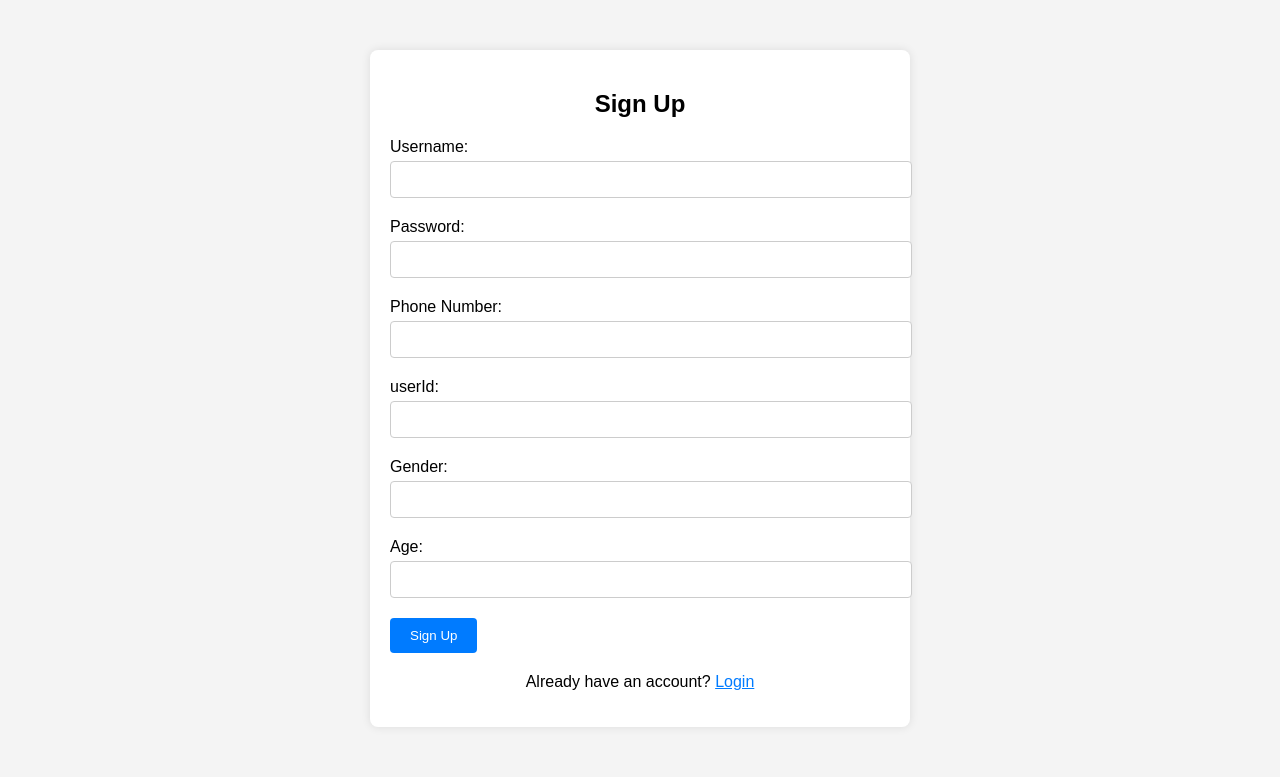
Repository: suryavishakan/parking_management
Page: http://localhost/signup
The author's editor kept a copy of each file at every save. The page is drawn from the files as they stood at one save, then again after the next save.
The browser window is 1280 px wide. The pictures show the whole page.
The page is served by the project's application, run on Flask 3 (app.py).

Above is the page before, as saved 2024-04-20 13:33:23.

### templates/signup.html
<!-- signup.html -->

<!DOCTYPE html>
<html lang="en">
<head>
    <meta charset="UTF-8">
    <meta name="viewport" content="width=device-width, initial-scale=1.0">
    <title>Sign Up</title>
    <style>
        body {
            font-family: Arial, sans-serif;
            margin: 0;
            padding: 0;
            background-color: #f4f4f4;
        }
        .container {
            width: 100%;
            max-width: 500px;
            margin: 50px auto;
            padding: 20px;
            background-color: #fff;
            border-radius: 8px;
            box-shadow: 0 0 10px rgba(0, 0, 0, 0.1);
        }
        h2 {
            text-align: center;
            margin-bottom: 20px;
        }
        form {
            margin-bottom: 20px;
        }
        label {
            display: block;
            margin-bottom: 5px;
        }
        input[type="text"],
        input[type="password"],
        input[type="phoneNumber"] {
            width: 100%;
            padding: 10px;
            margin-bottom: 20px;
            border: 1px solid #ccc;
            border-radius: 4px;
        }
        button[type="submit"] {
            background-color: #007bff;
            color: #fff;
            border: none;
            padding: 10px 20px;
            border-radius: 4px;
            cursor: pointer;
        }
        button[type="submit"]:hover {
            background-color: #0056b3;
        }
        p {
            text-align: center;
        }
        a {
            color: #007bff;
        }
    </style>
</head>
<body>
    <div class="container">
        <h2>Sign Up</h2>
        {% with messages = get_flashed_messages() %}
            {% if messages %}
                <ul>
                    {% for message in messages %}
                        <li>{{ message }}</li>
                    {% endfor %}
                </ul>
            {% endif %}
        {% endwith %}
        <form action="{{ url_for('signup') }}" method="POST">
            <label for="username">Username:</label>
            <input type="text" id="username" name="username" required>
            <label for="password">Password:</label>
            <input type="password" id="password" name="password" required>
            <label for="phoneNumber">Phone Number:</label>
            <input type="phoneNumber" id="phoneNumber" name="phoneNumber" required>

            <label for="userId">userId:</label>
            <input type="text" id="userId" name="userId" required>
            <label for="gender">Gender:</label>
            <input type="text" id="gender" name="gender" required>
            <label for="age">Age:</label>
            <input type="phoneNumber" id="phoneNumber" name="phoneNumber" required>
            <button type="submit">Sign Up</button>
        </form>
        <p>Already have an account? <a href="{{ url_for('login') }}">Login</a></p>
    </div>
</body>
</html>

### app.py
from flask import Flask, Response, request, render_template, jsonify, redirect, url_for, request, flash, session
import pymongo
import secrets
import json
from bson.objectid import ObjectId
from bson.json_util import dumps
from functools import wraps

app=Flask(__name__ , template_folder='templates')
app.secret_key = secrets.token_hex(32)

try:
    mongo = pymongo.MongoClient(
        host = 'localhost',
        port = 27017,
        serverSelectionTimeoutMS = 1000
    )
    db = mongo.ParkingManagementSystemDb #connect to mongodb1
    users_collection = db.admin
    user_collection = db["customer"]
    #cart_collection = db["cart"]
    mongo.server_info() #trigger exception if cannot connect to db
except:
    print("Error connecting to MongoDB")

@app.route('/get/admin', methods=['GET'])
def displayall():
  try:
    documents = db.admin.find()
    output = [{item: data[item] for item in data if item != '_id'} for data in documents]
    return jsonify(output)
  except Exception as ex:
    response = Response("Search Records Error!!",status=500,mimetype='application/json')
    return response

# Route for signup page
@app.route('/signup', methods=['GET', 'POST'])
def signup():
    if request.method == 'POST':
        # Get form data
        username = request.form['username']
        password = request.form['password']

        # Check if username already exists
        if user_collection.find_one({'username': username}):
            flash('Username already exists. Please choose a different one.', 'error')
            return redirect(url_for('signup'))

        # Insert user data into database
        user_data = {'username': username, 'password': password}
        user_collection.insert_one(user_data)

        flash('Signup successful. You can now login.', 'success')
        return redirect(url_for('login'))

    return render_template('signup.html')

# Route to get an employee by name
@app.route('/get/user/<user_name>', methods=['GET'])
def get_user_by_name(user_name):
    try:
        # Using a case-insensitive query to match employee name
        document = db.user.find_one({"user_name": {"$regex": f'^{user_name}$', "$options": 'i'}})

        if document:
            # Exclude _id field from the response
            output = {item: document[item] for item in document if item != '_id'}
            return jsonify(output)
        else:
            return Response("USER not found", status=404, mimetype='application/json')

    except Exception as ex:
        app.logger.error(f"Error retrieving user by name: {ex}")
        return Response("Internal Server Error", status=500, mimetype='application/json')

# Route to get all employees
@app.route('/get/allusers', methods=['GET'])
def get_all_users():
    try:
        # Fetch all documents from the 'employee' collection
        documents = db.user.find()

        # Format the response excluding the _id field
        output = [{item: data[item] for item in data if item != '_id'} for data in documents]

        return jsonify(output)

    except Exception as ex:
        app.logger.error(f"Error retrieving all employees: {ex}")
        return Response("Internal Server Error", status=500, mimetype='application/json')

# Route to update employee details by name
@app.route('/update/user/<user_name>', methods=['PUT'])
def update_user_by_name(user_name):
    try:
        # Using a case-insensitive query to match employee name
        result = db.user.update_one(
            {"employee_name": {"$regex": f'^{user_name}$', "$options": 'i'}},
            {"$set": request.get_json()}
        )

        if result.modified_count > 0:
            return Response("User details updated successfully", status=200, mimetype='application/json')
        else:
            return Response("User not found", status=404, mimetype='application/json')

    except Exception as ex:
        app.logger.error(f"Error updating User details by name: {ex}")
        return Response("Internal Server Error", status=500, mimetype='application/json')

@app.route('/')
def homePage():
    try:
        # Fetch all products from the database
        products_cursor = db.product.find()

        # Convert the cursor to a list of dictionaries
        products = list(products_cursor)

        return render_template('homePage.html', products=products)
    except Exception as ex:
        app.logger.error(f"Error fetching products: {ex}")
        flash('Error fetching products', 'error')
        return render_template('homePage.html', products=[])

# Flask route to render the profile page
@app.route('/profile')
def profile():
    try:
        # Assuming you have a collection named 'users' in your MongoDB
        # Fetch user details from the 'users' collection
        user = db.user.find_one({'username': session['username']})

        if user:
            # Render the profile template with the user details
            return render_template('profile.html', user=user)
        else:
            flash('User details not found', 'error')
            return redirect(url_for('login'))
    except Exception as ex:
        app.logger.error(f"Error fetching user details: {ex}")
        flash('Error fetching user details', 'error')
        return redirect(url_for('login'))

@app.route('/select_user_type', methods=['POST'])
def select_user_type():
    user_type = request.form.get('userType')

    if user_type == 'admin':
        return redirect(url_for('login'))
    elif user_type == 'user':
        return redirect(url_for('login'))
    else:
        flash('Invalid user type selected', 'error')
        return redirect(url_for('index'))

# Update the Flask route for handling login
@app.route('/login', methods=['GET', 'POST'])
def login():
    if request.method == 'POST':
        username = request.form.get('username')
        password = request.form.get('password')

        # Query MongoDB for admin details
        admin_user = users_collection.find_one({'username': username, 'password': password})

        if admin_user:
            # Store admin credentials in the session
            session['username'] = username
            session['password'] = password

            return redirect(url_for('admin_panel'))
        else:
            # Query MongoDB for user details
            user_user = db.user.find_one({'username': username, 'password': password})

            if user_user:
                # Store user credentials in the session
                session['username'] = username
                session['password'] = password

                return redirect(url_for('user_details'))
            else:
                flash('Invalid username or password', 'error')

    return render_template('login.html')


# New route for employee details
@app.route('/user_details')
def user_details():
    # Check if user is authenticated as an employee
    try:
    # if 'username' in session and 'password' in session == 'employee':
        # Fetch employee details based on the stored credentials
        user = db.user.find_one({'username': session['username'], 'password': session['password']})

        if user:
            return render_template('user_details.html', user=user)
        else:
            flash('Unauthorized access', 'error')
            return redirect(url_for('login'))

    except Exception as ex:
        app.logger.error(f"Error fetching user data: {ex}")
        flash(f'Error fetching user data: {ex}', 'error')

    return render_template('user_details.html', user={})

# Route to render the update employee page
@app.route('/update_user/<user_name>', methods=['GET', 'POST'])
def update_user_page(user_name):
    try:
        # Fetch the employee details from the database using the employee name
        user = db.user.find_one({"user_name": {"$regex": f'^{user_name}$', "$options": 'i'}})

        if user:
            # Render the update employee page with the employee details
            return render_template('update_user.html', user=user)
        else:
            return Response("User not found", status=404, mimetype='application/json')

    except Exception as ex:
        app.logger.error(f"Error rendering update_user page: {ex}")
        return Response("Internal Server Error", status=500, mimetype='application/json')

# Route to handle the form submission for updating employee details
@app.route('/submit_update_user/<user_name>', methods=['POST'])
def submit_update_user(user_name):
    try:
        # Use the employee name parameter to identify the employee being updated
        user_name = user_name

        # Update the employee details in the database using request.form.to_dict()
        updated_user_data = request.form.to_dict()

        # Assuming you have a 'employee' collection in your MongoDB
        result = db.user.update_one(
            {"user_name": {"$regex": f'^{user_name}$', "$options": 'i'}},
            {"$set": request.form.to_dict()}
        )

        if result.modified_count > 0:
            flash('user details updated successfully', 'success')
        else:
            flash('user not found', 'error')

    except Exception as ex:
        app.logger.error(f"Error updating user details: {ex}")
        flash('Error updating user details', 'error')

    # Redirect to the admin page after the update
    return redirect(url_for('admin'))

# Route for admin panel
@app.route('/admin', methods=['GET', 'POST'])
def admin_panel():
    if 'username' in session and 'password' in session:
        # Check if the user is an admin
        admin_user = users_collection.find_one({'username': session['username'], 'password': session['password']})
        if admin_user:
            # Render the admin panel page
            return render_template('admin.html')

    # If user is not authenticated or not an admin, redirect to login page
    flash('Unauthorized access', 'error')
    return redirect(url_for('login'))


if __name__ == '__main__':
    app.run(port=5000, debug=True)

After the next save:
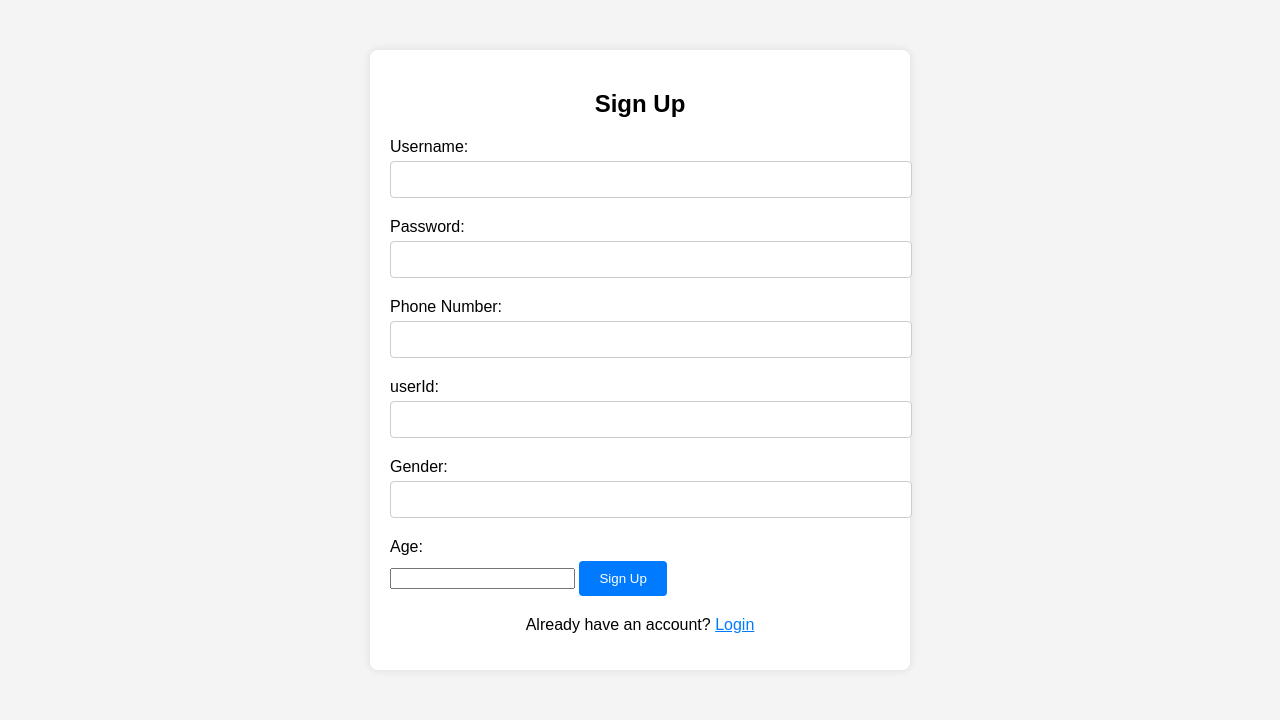
Saved 6 s later.
--- a/templates/signup.html
+++ b/templates/signup.html
@@ -86,7 +86,7 @@
             <label for="gender">Gender:</label>
             <input type="text" id="gender" name="gender" required>
             <label for="age">Age:</label>
-            <input type="phoneNumber" id="phoneNumber" name="phoneNumber" required>
+            <input type="age" id="phoneNumber" name="phoneNumber" required>
             <button type="submit">Sign Up</button>
         </form>
         <p>Already have an account? <a href="{{ url_for('login') }}">Login</a></p>

After the 5 saves that followed:
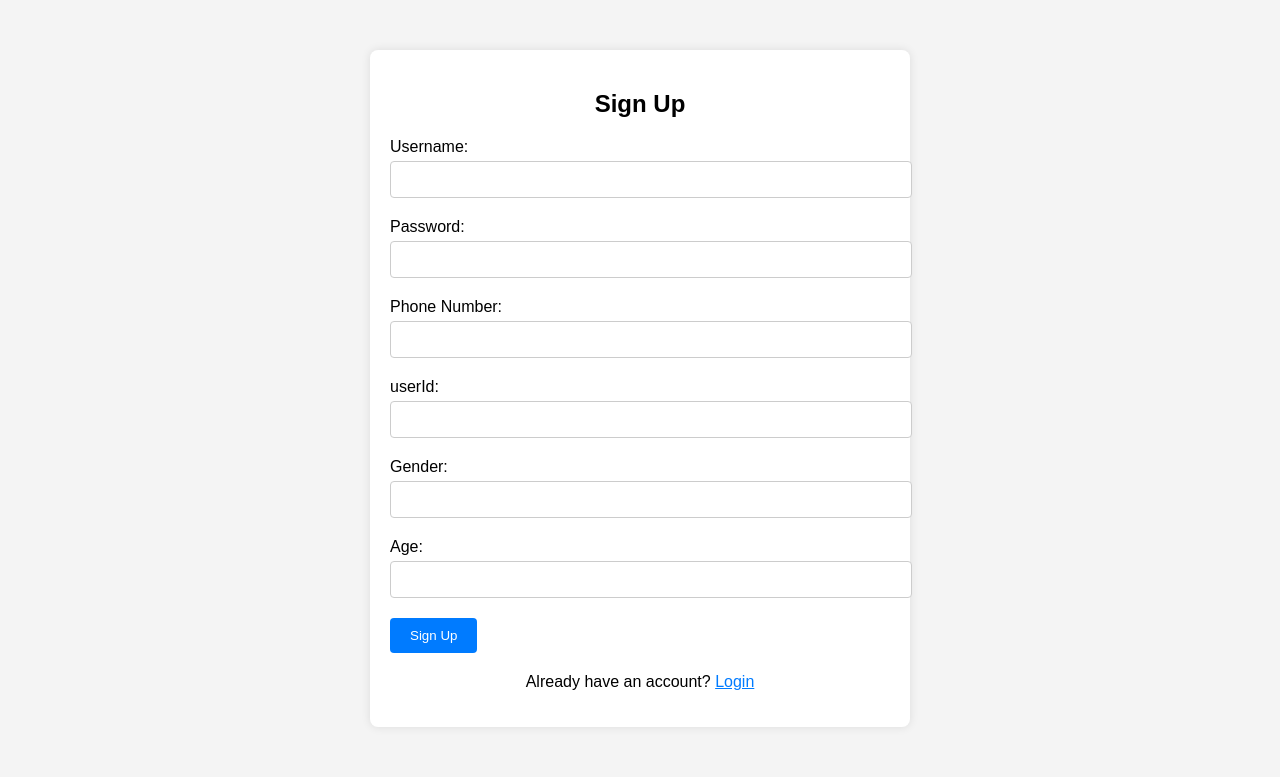
The 5 saves are shown as one change because 4 left the picture as it was.
The last was saved 2 min 55 s later.
--- a/templates/signup.html
+++ b/templates/signup.html
@@ -80,13 +80,12 @@
             <input type="password" id="password" name="password" required>
             <label for="phoneNumber">Phone Number:</label>
             <input type="phoneNumber" id="phoneNumber" name="phoneNumber" required>
-
             <label for="userId">userId:</label>
             <input type="text" id="userId" name="userId" required>
             <label for="gender">Gender:</label>
             <input type="text" id="gender" name="gender" required>
             <label for="age">Age:</label>
-            <input type="age" id="phoneNumber" name="phoneNumber" required>
+            <input type="text" id="age" name="age" required>
             <button type="submit">Sign Up</button>
         </form>
         <p>Already have an account? <a href="{{ url_for('login') }}">Login</a></p>
